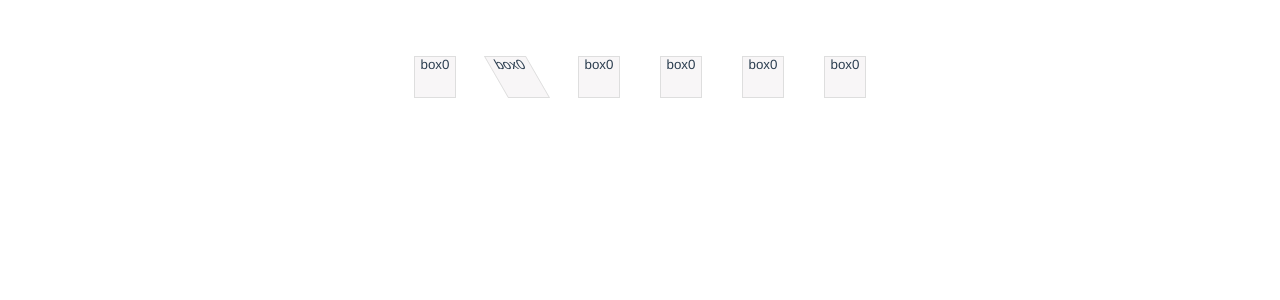
Repository: Yolanda0007/IFE-transition-demo
Page: /#/transform
The author's editor kept a copy of each file at every save. The page is drawn from the files as they stood at one save, then again after the next save.
The browser window is 1280 px wide. The pictures show the whole page.
The project was rebuilt for these pictures with package versions that can differ from the ones it lists, and the page was loaded fresh each time. Also part of the build but not shown: src/components/HelloWorld.vue, src/components/Area.vue.

Above is the page before, as saved 2018-10-26 15:12:56.

### src/App.vue
<template>
  <div id="app">
    <router-view/>
  </div>
</template>

<script>
export default {
  name: 'App',
  methods: {
    rem () {
      var html = document.documentElement
      var width = Math.min(html.getBoundingClientRect().width, 500)
      var fontSize = width * 100 / 750 + 'px'
      html.style.fontSize = fontSize
    }
  },
  beforeMount () {
    this.rem()
  },
  mounted () {
    // window.onresize = function () { this.rem() }
  }
}
</script>

<style>
#app {
  font-family: 'Avenir', Helvetica, Arial, sans-serif;
  -webkit-font-smoothing: antialiased;
  -moz-osx-font-smoothing: grayscale;
  text-align: center;
  color: #2c3e50;
}
</style>

### src/router/index.js
import Vue from 'vue'
import Router from 'vue-router'
import HelloWorld from '@/components/HelloWorld'
import Area from '@/components/Area'
import transform from '@/components/transform'

Vue.use(Router)

export default new Router({
  routes: [
    {
      path: '/hello',
      name: 'HelloWorld',
      component: HelloWorld
    },
    {
      path: '/area',
      name: 'Area',
      component: Area
    },
    {
      path: '/transform',
      name: 'transform',
      component: transform
    }
  ]
})

### src/components/transform.vue
<template>
  <div class="container">
    <div class="box-0">box0</div>
    <div class="box-0 skew">box0</div>
    <div class="box-0 scale">box0</div>
    <div class="box-0 rotate">box0</div>
    <div class="box-0 translate">box0</div>
    <div class="box-0 matrix">box0</div>
  </div>
</template>
<script>
export default {
  name: 'transform'
}
</script>
<style lang="scss" scoped>
@import '../assets/scss/rem.scss';
  .box-0{
    width: rem(60);
    height: rem(60);
    border: 1px solid #dedede;
    background-color: #f8f6f7;
    display: inline-block;
    margin: rem(30);
    font-size: rem(20);
  }

  .skew{
    transform: skew(30deg);
  }
</style>

### src/assets/scss/rem.scss
@function rem($px) {
  @return $px / 100 + rem
}

Loaded but not shown: index.html (common file); src/main.js (common file)

After the next save:
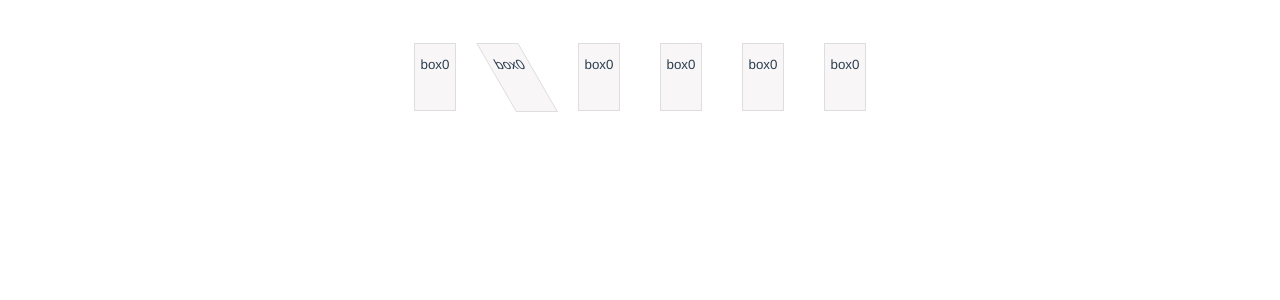
Saved 38 s later.
--- a/src/components/transform.vue
+++ b/src/components/transform.vue
@@ -23,6 +23,9 @@
     display: inline-block;
     margin: rem(30);
     font-size: rem(20);
+    text-align: center;
+    line-height: normal;
+    padding: rem(20) 0;
   }
 
   .skew{
